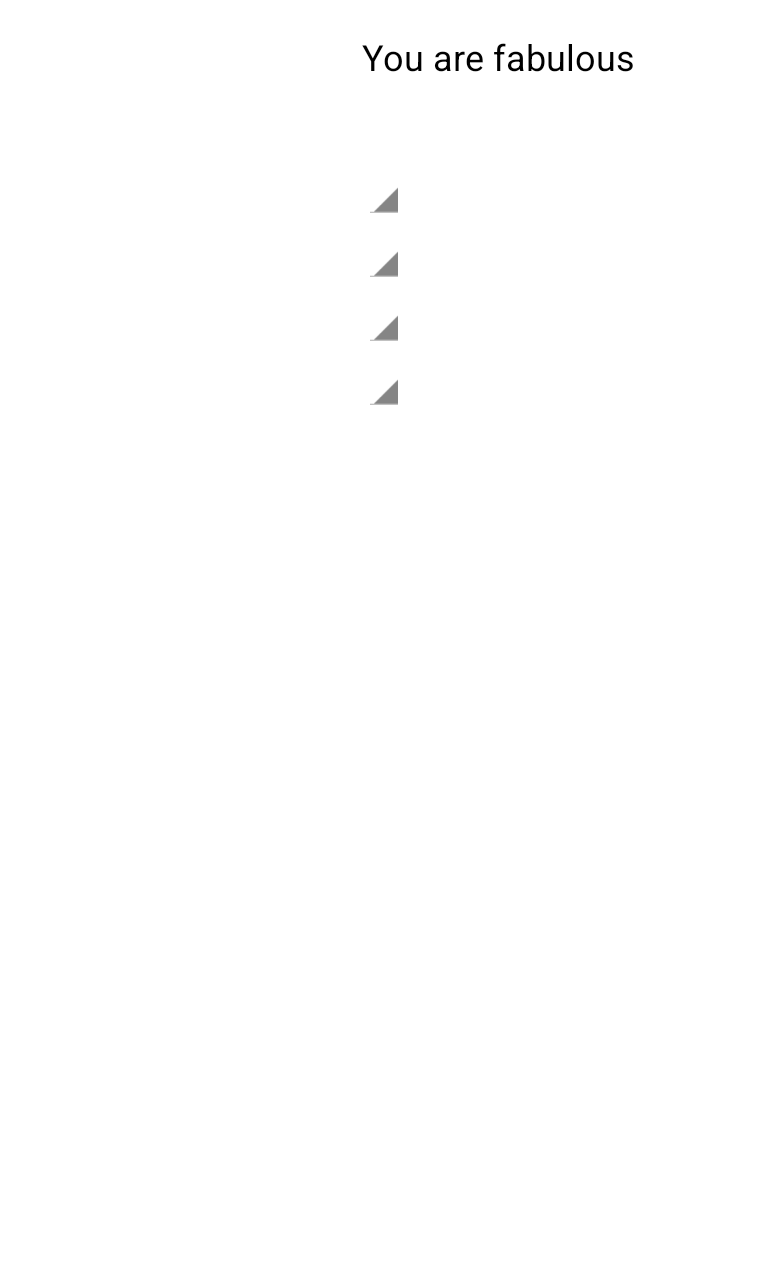
Repository: rtyanas/MyPics
Layout: workspace/MyPic/res/layout/activity_settings.xml
An editor plug-in stored every save of this project. The layout is shown before and after the next save, followed by the edit.
It is drawn on a 768 x 1280 px phone screen (xhdpi) without system bars, with theme AppTheme; the app's code is not run.

Above is the layout before, as saved 2013-12-16 22:24:58.

After the next save:
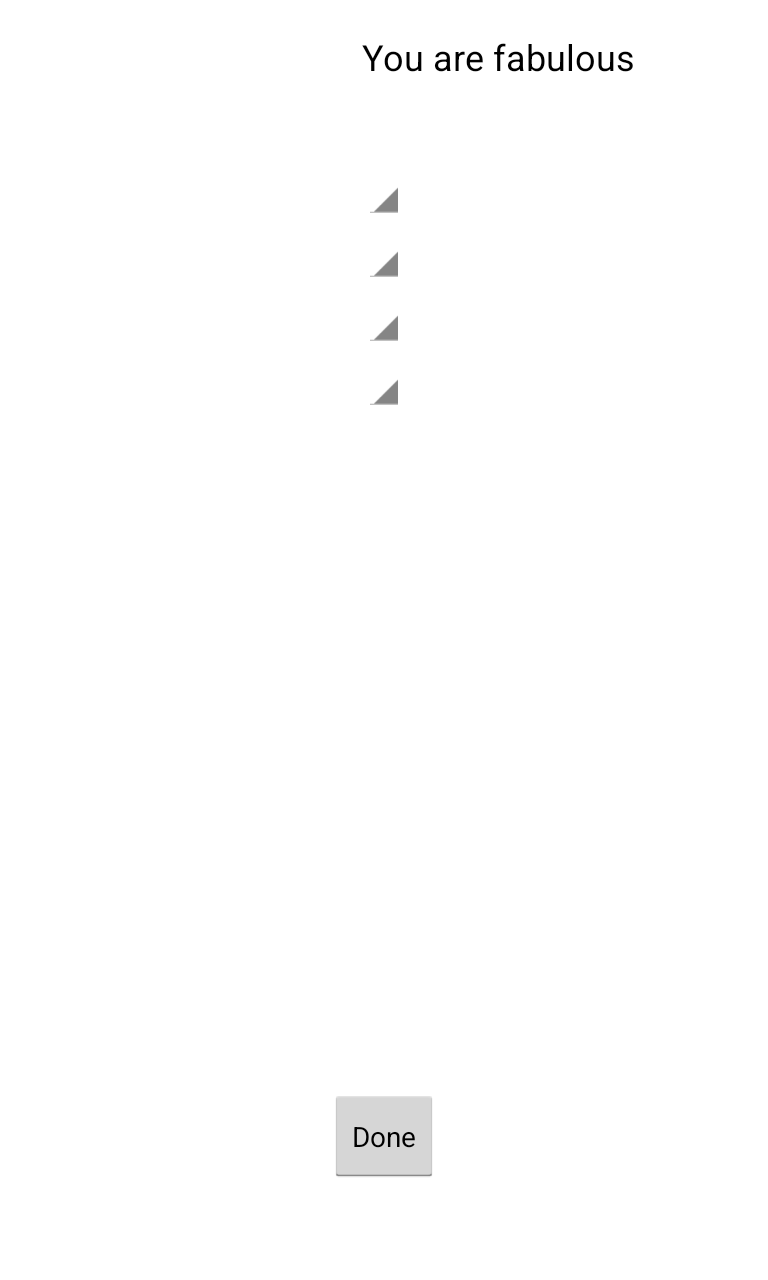
Saved 12 min 9 s later.
--- a/workspace/MyPic/res/layout/activity_settings.xml
+++ b/workspace/MyPic/res/layout/activity_settings.xml
@@ -46,4 +46,14 @@
         android:layout_alignLeft="@+id/font"
         android:layout_below="@+id/font" />
 
+    <Button
+        android:id="@+id/done"
+        style="?android:attr/buttonStyleSmall"
+        android:layout_width="wrap_content"
+        android:layout_height="wrap_content"
+        android:layout_alignParentBottom="true"
+        android:layout_centerHorizontal="true"
+        android:layout_marginBottom="32dp"
+        android:text="@string/done" />
+
 </RelativeLayout>
